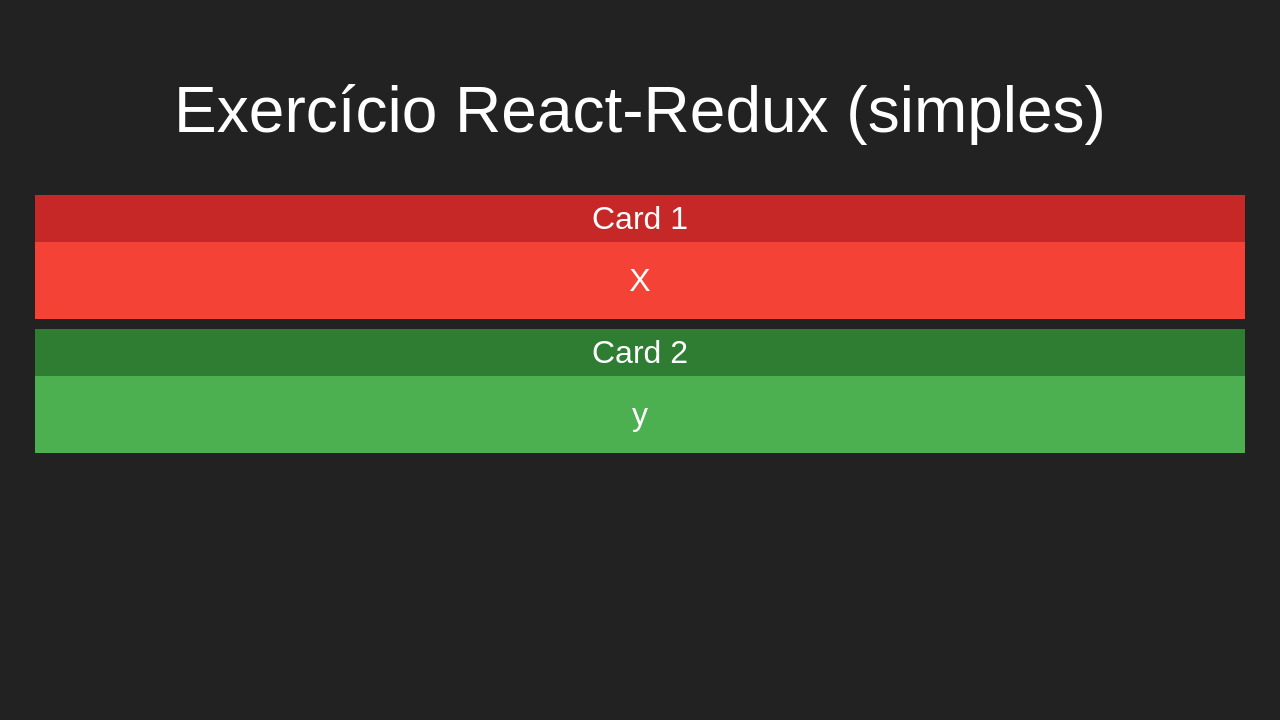
Repository: Henrique-Franca/Clear-Redux-Simples
Page: /
An editor plug-in stored every save of this project. The page is shown before and after the next save, followed by the edit.
The browser window is 1280 px wide. The pictures show the whole page.
The project was rebuilt for these pictures with package versions that can differ from the ones it lists, and the page was loaded fresh each time.

Above is the page before, as saved 2022-11-22 07:35:47.

### src/index.css
body{
  background-color: #222;
  font-size: 2rem;
  font-family: Arial, Helvetica, sans-serif;
  color: #fff;
  margin: 30px;
}

### src/App.js
import './App.css';
import Card from './components/Card';
import React from 'react';

function App() {
  return (
    <div className="App">
      <h1>Exercício React-Redux (simples)</h1>

      <div className='linha'>
        <Card title="Card 1" red>
          X
        </Card>
      </div>
      <div className='linha'>
        <Card title="Card 2" green>
          y
        </Card>
      </div>

    </div>
  );
}

export default App;

### src/App.css
.App{
  display: flex;
  flex-direction: column;
  text-align: center;
}

h1{
  font-weight: 200;
}

.linha{
  display: flex;
}

### src/components/Card.jsx
import './Card.css'
import React from 'react'

function getColor(props){
    if(props.red) return "Red"
    if(props.blue) return "Blue"
    if(props.green) return "Green"
    if(props.purple) return "Purple"
    return ""
}

export default props=>{

    return (
        <div className={`Card ${getColor(props)}`}>

            <div className="Header">
                <span className='Title'>{props.title}</span>
            </div>
            <div className='Content'>
                {props.children}
            </div>

        </div>
    )

}

### src/components/Card.css
.Card {
    flex: 1;
    display: flex;
    flex-direction: column;
    margin: 5px;
}

.Card .Header {
    display: flex;
    justify-content: center;
}

.Card .Header .Title {
    flex: 1;
    padding: 5px;
}

.Card .Content {
    padding: 20px;
}

.Card.Red .Header { color: #FFF; background-color: #c62828; }
.Card.Red .Content { background-color: #f44336; }

.Card.Green .Header { color: #FFF; background-color: #2e7d32; }
.Card.Green .Content { background-color: #4caf50; }

.Card.Blue .Header { color: #FFF; background-color: #1565c0; }
.Card.Blue .Content { background-color: #2196f3; }

.Card.Purple .Header { color: #FFF; background-color: #6A1B9A; }
.Card.Purple .Content { background-color: #9c27b0; }

Loaded but not shown: public/index.html (common file); src/index.js (common file); src/reportWebVitals.js (common file)

After the next save:
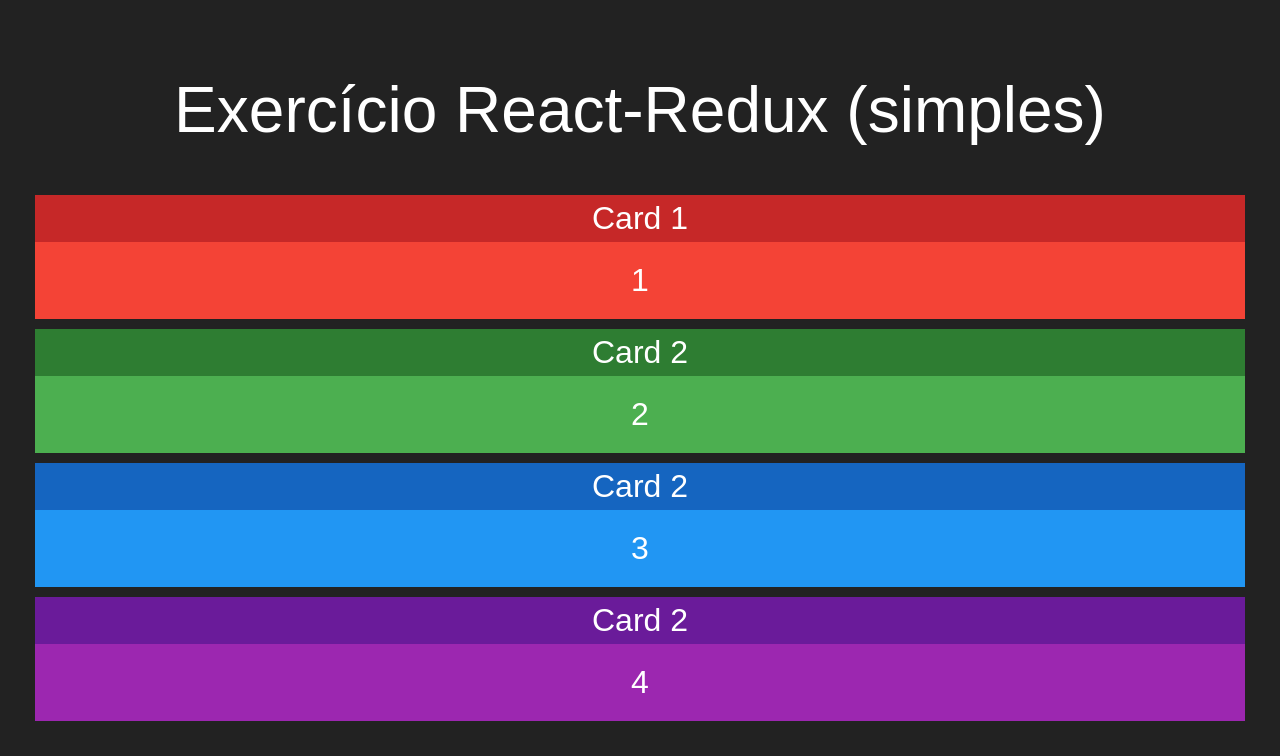
Saved 47 s later.
--- a/src/App.js
+++ b/src/App.js
@@ -9,12 +9,22 @@ function App() {
 
       <div className='linha'>
         <Card title="Card 1" red>
-          X
+          1
         </Card>
       </div>
       <div className='linha'>
         <Card title="Card 2" green>
-          y
+          2
+        </Card>
+      </div>
+      <div className='linha'>
+        <Card title="Card 2" blue>
+          3
+        </Card>
+      </div>
+      <div className='linha'>
+        <Card title="Card 2" purple>
+          4
         </Card>
       </div>
 
